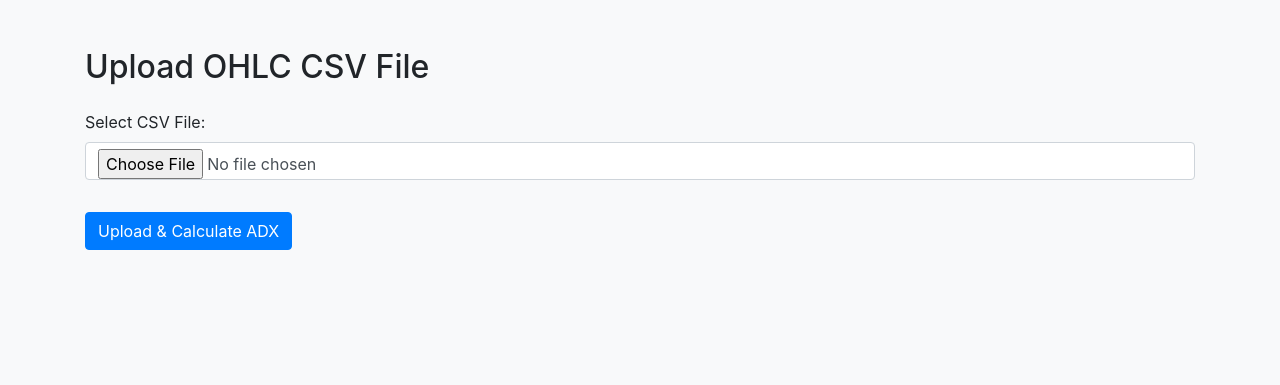
Repository: TEJAS-MI/Intelliqube-Assignment
Page: http://localhost/
These files come from the project's save history. The page is drawn as it stood at one moment and after a run of saves; the edit follows.
The browser window is 1280 px wide. The pictures show the whole page.
The page is served by the project's application, run on Django 2.2 (manage.py). Other server files are loaded and not shown.

Above is the page before, as saved 2025-12-03 18:40:54.

### adxapp/views.py
# adxapp/views.py

import pandas as pd
from django.shortcuts import render
from django.http import HttpResponse
from .utils import calculate_adx
import matplotlib
matplotlib.use('Agg')
from matplotlib import pyplot as plt
import io
import base64


def index(request):
    return render(request, 'adxapp/index.html')


def process_file(request):
    if request.method != 'POST':
        return render(request, 'adxapp/index.html')

    if 'csv_file' not in request.FILES:
        return render(request, 'adxapp/index.html', {'error': 'Please upload a CSV file.'})

    uploaded_file = request.FILES['csv_file']

    try:
        # Read the CSV exactly as-is (do not set index_col)
        df_in = pd.read_csv(uploaded_file)
        # Calculate ADX (utils will detect date and OHLC)
        result_df = calculate_adx(df_in)
    except Exception as e:
        # Catch and display calculation errors (like missing columns)
        return render(request, 'adxapp/index.html', {'error': f'Error processing file: {e}'})

    # Save result CSV in session for download
    csv_buffer = io.StringIO()
    # IMPORTANT: index=False to prevent the date/time column from being repeated as 'Unnamed: 0'
    result_df.to_csv(csv_buffer, index=False)
    request.session['csv_output'] = csv_buffer.getvalue()

    # Produce plot: plot numeric arrays (skip NaNs automatically)
    plt.figure(figsize=(10, 5))
    # plot by column values so x-axis is simple index
    plt.plot(result_df['ADX'].values, label='ADX')
    plt.plot(result_df['+DI14'].values, label='+DI14')
    plt.plot(result_df['-DI14'].values, label='-DI14')
    plt.title('ADX, +DI14, -DI14')
    plt.legend()
    plt.tight_layout()

    img_buffer = io.BytesIO()
    plt.savefig(img_buffer, format='png')
    plt.close()
    img_buffer.seek(0)
    plot_base64 = base64.b64encode(img_buffer.read()).decode('utf-8')

    # Prepare preview including date column if present
    preview_df = result_df.head(10)
    preview_columns = preview_df.columns.tolist()
    preview_data = preview_df.values.tolist()

    return render(request, 'adxapp/result.html', {
        'plot_base64': plot_base64,
        'preview_columns': preview_columns,
        'preview_data': preview_data
    })


def download_csv(request):
    csv_data = request.session.get('csv_output')
    if not csv_data:
        return HttpResponse("No output to download. Upload and process a file first.", status=400)
    response = HttpResponse(csv_data, content_type='text/csv')
    response['Content-Disposition'] = 'attachment; filename="adx_output.csv"'
    return response

### adxapp/templates/adxapp/index.html
<!DOCTYPE html>
<html>
  <head>
    <meta charset="utf-8" />
    <title>ADX Calculator – Upload File</title>
    <link rel="stylesheet" href="https://cdn.jsdelivr.net/npm/bootstrap@4.1.3/dist/css/bootstrap.min.css" integrity="sha384-MCw98/SFnGE8fJT3GXwEOngsV7Zt27NXFoaoApmYm81iuXoPkFOJwJ8ERdknLPMO" crossorigin="anonymous">

  </head>

  <body class="bg-light p-4">
    <div class="container mt-4">
      <h2 class="mb-4">Upload OHLC CSV File</h2>

      <form
        action="{% url 'process_file' %}"
        method="POST"
        enctype="multipart/form-data"
      >
        {% csrf_token %}

        <div class="form-group">
          <label>Select CSV File:</label>
          <input type="file" name="csv_file" class="form-control" required />
        </div>

        <button type="submit" class="btn btn-primary mt-3">
          Upload & Calculate ADX
        </button>
      </form>
    </div>
  </body>
</html>

### adxproject/urls.py
"""adxproject URL Configuration

The `urlpatterns` list routes URLs to views. For more information please see:
    https://docs.djangoproject.com/en/2.2/topics/http/urls/
Examples:
Function views
    1. Add an import:  from my_app import views
    2. Add a URL to urlpatterns:  path('', views.home, name='home')
Class-based views
    1. Add an import:  from other_app.views import Home
    2. Add a URL to urlpatterns:  path('', Home.as_view(), name='home')
Including another URLconf
    1. Import the include() function: from django.urls import include, path
    2. Add a URL to urlpatterns:  path('blog/', include('blog.urls'))
"""
from django.contrib import admin
from django.urls import path ,include

urlpatterns = [
    path('admin/', admin.site.urls),

    path('',include('adxapp.urls')),
]

### adxapp/urls.py
from django.urls import path
from . import views

urlpatterns = [
    path('', views.index, name='index'),
    path('process/', views.process_file, name='process_file'),
    path('download/', views.download_csv, name='download_csv'),
]

After the next 2 saves:
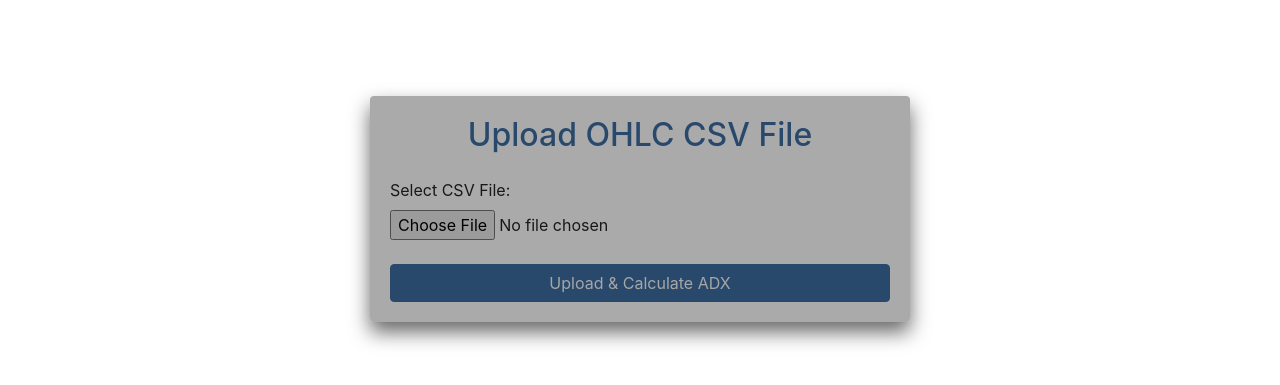
Not found: static/img/financial_chart_bg.jpg
The 2 saves are shown as one change because they came seconds apart.
The last was saved 61 min 13 s later.
--- a/adxapp/templates/adxapp/index.html
+++ b/adxapp/templates/adxapp/index.html
@@ -1,32 +1,56 @@
+{% load static %}
 <!DOCTYPE html>
 <html>
-  <head>
-    <meta charset="utf-8" />
-    <title>ADX Calculator – Upload File</title>
-    <link rel="stylesheet" href="https://cdn.jsdelivr.net/npm/bootstrap@4.1.3/dist/css/bootstrap.min.css" integrity="sha384-MCw98/SFnGE8fJT3GXwEOngsV7Zt27NXFoaoApmYm81iuXoPkFOJwJ8ERdknLPMO" crossorigin="anonymous">
+  <head>
+    <meta charset="utf-8" />
+    <title>ADX Calculator – Upload File</title>
+    <link rel="stylesheet" href="https://cdn.jsdelivr.net/npm/bootstrap@4.1.3/dist/css/bootstrap.min.css" integrity="sha384-MCw98/SFnGE8fJT3GXwEOngsV7Zt27NXFoaoApmYm81iuXoPkFOJwJ8ERdknLPMO" crossorigin="anonymous">
 
-  </head>
+    <style>
+        .form-card {
+            /* Make the card white, slightly transparent, and give it a strong shadow */
+            background-color: rgba(255, 255, 255, 0.95);
+            box-shadow: 0 10px 20px rgba(0, 0, 0, 0.6);
+            border: none;
+        }
+    </style>
+  </head>
 
-  <body class="bg-light p-4">
-    <div class="container mt-4">
-      <h2 class="mb-4">Upload OHLC CSV File</h2>
+    <body style="
+        background-image: url('{% static 'img/financial_chart_bg.jpg' %}');
+        background-size: cover;          /* Ensures the image fills the entire viewport */
+        background-attachment: fixed;    /* Keeps the background fixed when scrolling */
+        background-position: center center; /* Centers the image */
+        filter: brightness(65%) grayscale(60%); /* Dims and desaturates for a classic, subtle look */
+    ">
 
-      <form
-        action="{% url 'process_file' %}"
-        method="POST"
-        enctype="multipart/form-data"
-      >
-        {% csrf_token %}
+    <div class="container mt-4">
+        <div class="row justify-content-center">
+            <div class="col-md-6">
+                <div class="card form-card mt-5">
+                    <div class="card-body">
+                        <h2 class="mb-4 text-center text-primary">Upload OHLC CSV File</h2>
 
-        <div class="form-group">
-          <label>Select CSV File:</label>
-          <input type="file" name="csv_file" class="form-control" required />
+                        <form
+                            action="{% url 'process_file' %}"
+                            method="POST"
+                            enctype="multipart/form-data"
+                        >
+                            {% csrf_token %}
+
+                            <div class="form-group">
+                                <label>Select CSV File:</label>
+                                <input type="file" name="csv_file" class="form-control-file" required />
+                            </div>
+
+                            <button type="submit" class="btn btn-primary btn-block mt-4">
+                                Upload & Calculate ADX
+                            </button>
+                        </form>
+                    </div>
+                </div>
+            </div>
         </div>
-
-        <button type="submit" class="btn btn-primary mt-3">
-          Upload & Calculate ADX
-        </button>
-      </form>
-    </div>
-  </body>
+    </div>
+  </body>
 </html>

After the save that followed:
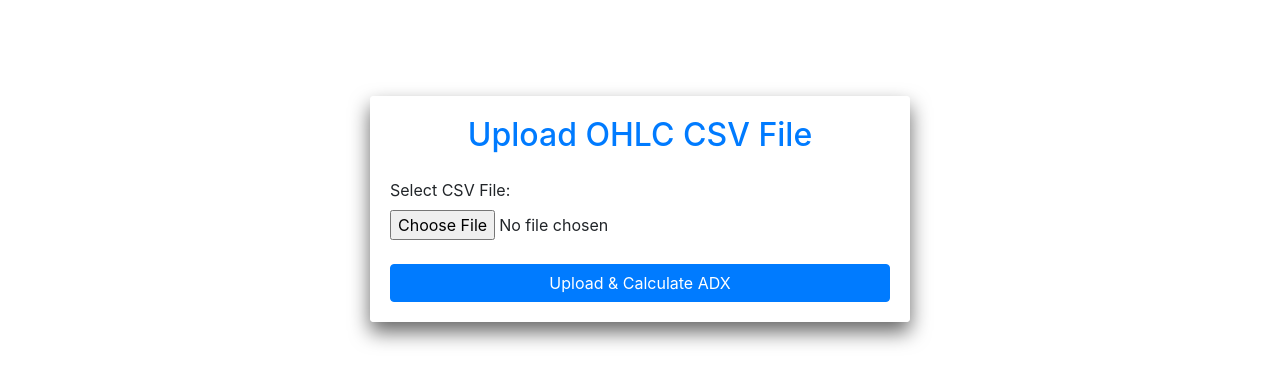
Saved 23 s later.
--- a/adxapp/templates/adxapp/index.html
+++ b/adxapp/templates/adxapp/index.html
@@ -17,7 +17,7 @@
   </head>
 
     <body style="
-        background-image: url('{% static 'img/financial_chart_bg.jpg' %}');
+        background-image: url('{' %}');
         background-size: cover;          /* Ensures the image fills the entire viewport */
         background-attachment: fixed;    /* Keeps the background fixed when scrolling */
         background-position: center center; /* Centers the image */
